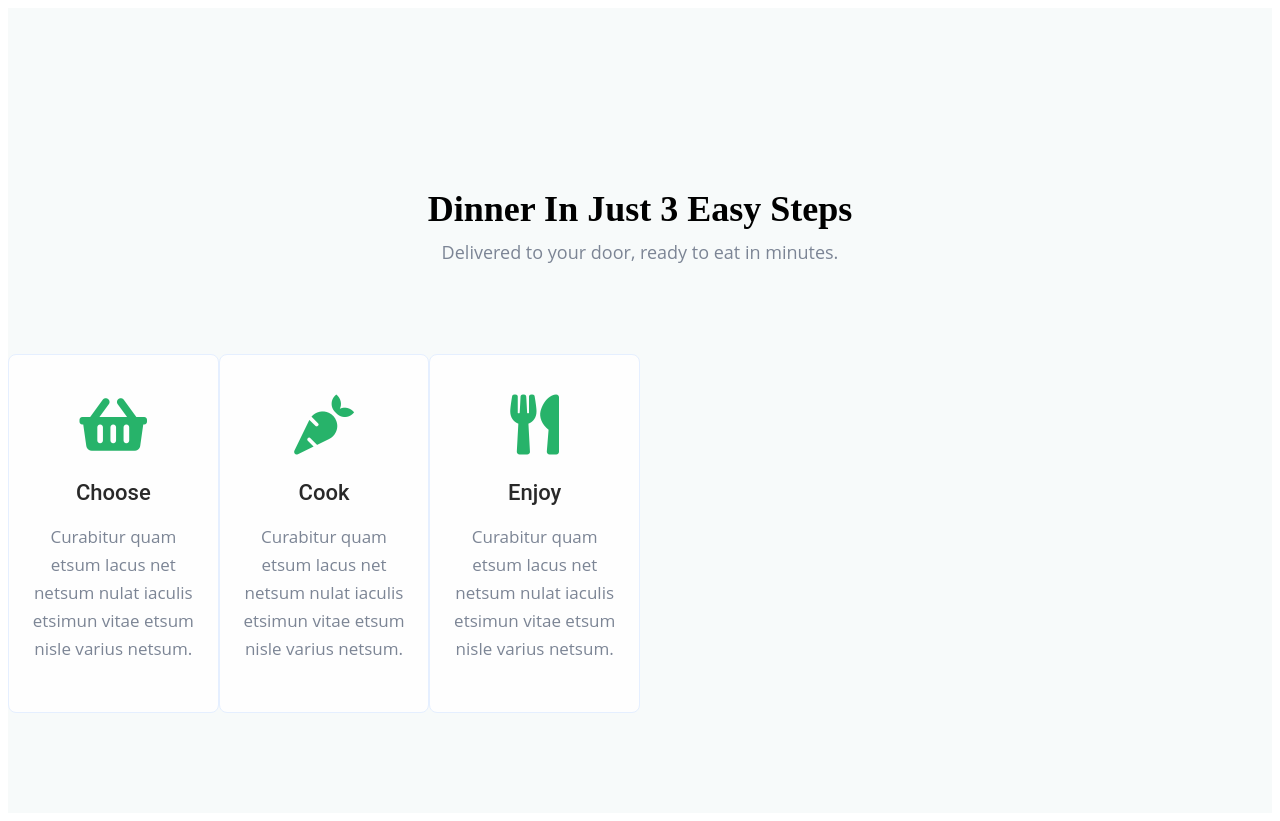
Repository: ST-United-Internship/leadpage
Page: wrapper-UI.html
The author's editor kept a copy of each file at every save. The page is drawn from the files as they stood at one save, then again after the next save.
The browser window is 1280 px wide. The pictures show the whole page.

Above is the page before, as saved 2023-03-15 14:04:06.

### wrapper-UI.html
<!DOCTYPE html>
<html lang="en">
<head>
    <meta charset="UTF-8">
    <meta http-equiv="X-UA-Compatible" content="IE=edge">
    <meta name="viewport" content="width=device-width, initial-scale=1.0">
    <title>Document</title>
    <link rel="stylesheet" href="css/wrapper-UI.css">
    <link rel="stylesheet" href="css/common.css">
    <link rel="stylesheet" href="https://use.fontawesome.com/releases/v5.15.4/css/all.css" integrity="sha384-DyZ88mC6Up2uqS4h/KRgHuoeGwBcD4Ng9SiP4dIRy0EXTlnuz47vAwmeGwVChigm" crossorigin="anonymous"/>
</head>
<body>
    <section>
        <div class="about">
            <div class="title-text">
                <h2>Dinner In Just 3 Easy Steps</h2>
                <p>Delivered to your door, ready to eat in minutes.</p>
            </div>
            <div class="card-container">
                <div class="card-title">
                    <div class="card-wrapper">
                        <i class="fas fa-shopping-basket"></i>
                        <h3>Choose</h3>
                        <p>Curabitur quam etsum lacus net netsum nulat iaculis etsimun vitae etsum nisle varius netsum.</p>
                    </div>
                    <div class="card-wrapper">
                        <i class="fas fa-carrot"></i>
                        <h3>Cook</h3>
                        <p>Curabitur quam etsum lacus net netsum nulat iaculis etsimun vitae etsum nisle varius netsum.</p>
                    </div>
                    <div class="card-wrapper">
                        <i class="fas fa-utensils"></i>
                        <h3>Enjoy</h3>
                        <p>Curabitur quam etsum lacus net netsum nulat iaculis etsimun vitae etsum nisle varius netsum.</p>
                    </div>
                </div>
                <div></div>
                <div></div>
            </div>
        </div>
    </section>
</body>
</html>

### css/wrapper-UI.css
section{
    background: #f7fafa;
    padding: 90px 0 100px 0;
}
.about{
    background-color: #f7fafa;
}

.about .title-text{
    text-align: center;
    padding: 90px;
}

.about .title-text h2{
    font-size: 36px;
    margin: 0px 0px 10px 0px;
}

.about .title-text p{
    font-size: 18px;
    font-family: 'Open Sans', sans-serif;
    margin: 0;
    font-weight: 400;
    color: #7c8595;
}

/* .about .card-coutainer{
    display: flex;
    background-color: #fefefe;
}


.about .card-coutainer .card-title{
    text-align: center;
    width: 18%;
}
.card-wrapper{
    transition: transform 0.5s linear;
}
.card-wrapper:hover {
  border: 1px solid #27b36a;
  transform: scale(1.05, 1.05);
} */

.about{
    background-color:#f7fafa ;
}

.about .card-container{
    width: 50%;
}
.about .card-container .card-title {
    display: flex;
    justify-content: center;
}

.card-wrapper{
    background-color: #FeFeFe;
    text-align: center;
    transition: transform 0.5s linear;
    padding: 40px 15px 32px 15px;
    transition: all 1s;
    border: 1px solid #e5efff;
    border-radius: 8px 8px;
}

.card-wrapper:hover{
    border: 1px solid #27b36a;
    transform: scale(1.05, 1.05);
}

.about .card-container .card-title .card-wrapper i{
    margin-bottom: 25px;
    font-size: 60px;
    color: #27b36a;
}

.about .card-container .card-title .card-wrapper p{
    font-size: 17px;
    line-height: 28px;
    font-weight: 400;
    color: #7c8595;
    font-family: 'Open Sans', sans-serif;
}

.about .card-container .card-title .card-wrapper h3{
    font-size: 22px;
    font-weight: 500;
    color: #292929;
    margin: 0px 0px 15px 0px;
    font-family: 'Roboto', sans-serif;
    line-height: 26.4px;
}

### css/common.css
.container {
  max-width: 80%;
  margin: auto;
  border: 1px solid blue;
}
.card {
  width: 400px;
}
.space-vertical {
  padding: 20px 0;
}

.space-horizontal {
  padding: 0 20px;
}

*,
**,
*::before,
*::after {
  box-sizing: border-box;
}

After the next save:
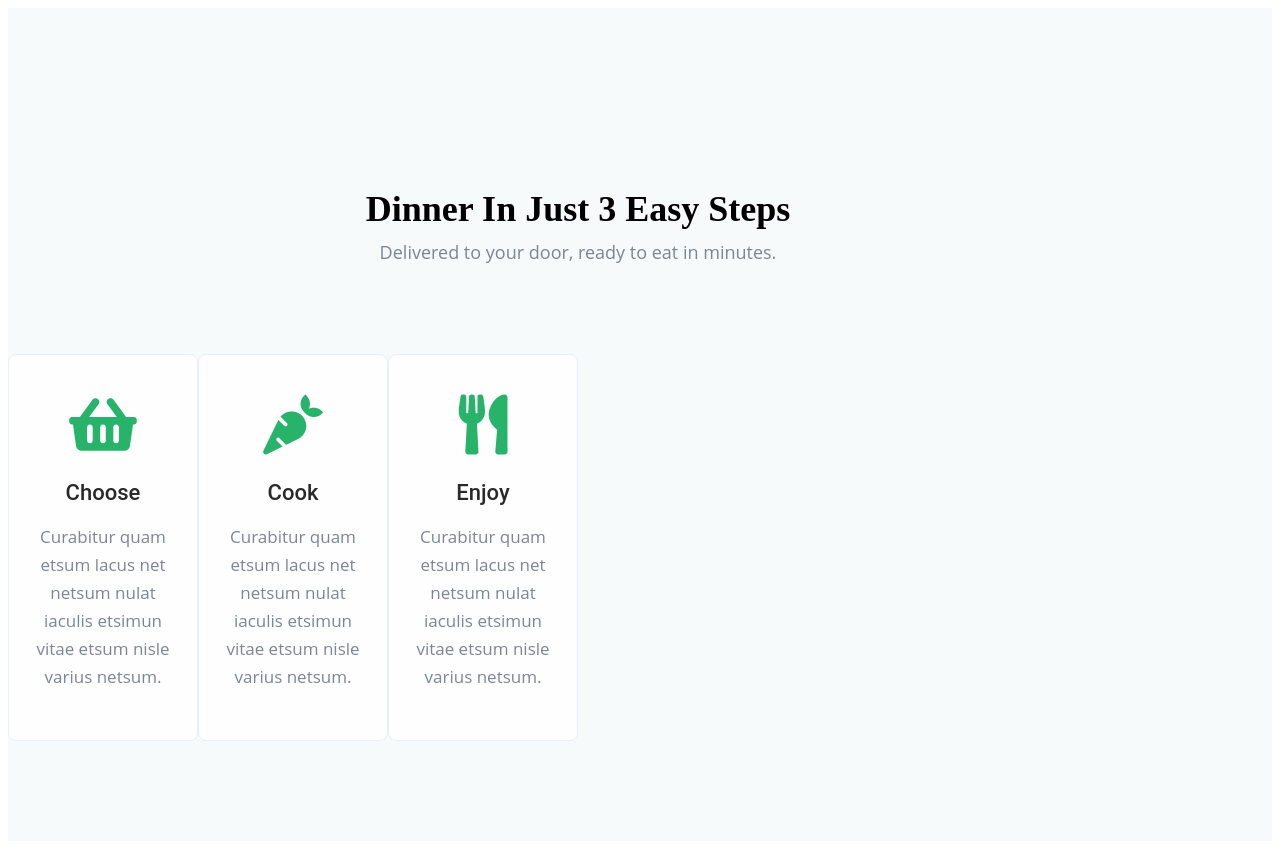
Saved 91 s later.
--- a/css/wrapper-UI.css
+++ b/css/wrapper-UI.css
@@ -91,3 +91,9 @@ section{
     font-family: 'Roboto', sans-serif;
     line-height: 26.4px;
 }
+
+
+@media (min-width: 1200px){
+.about {
+    max-width: 1140px;}
+}
